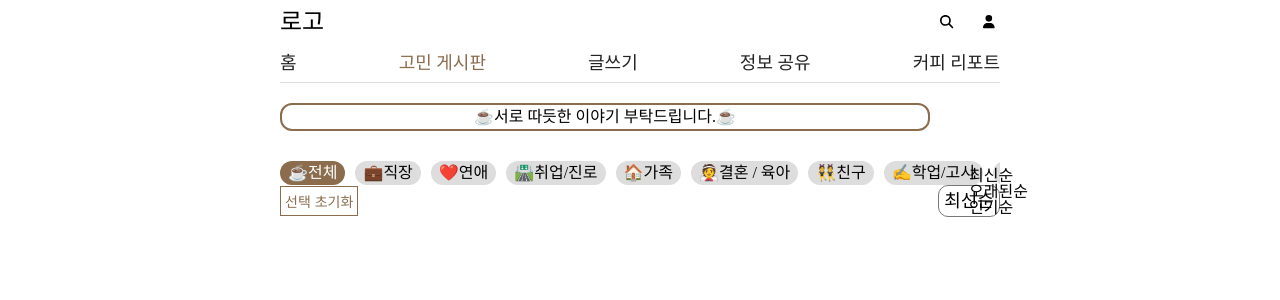
Repository: zlazlazla35/coffee
Page: /list
An editor plug-in stored every save of this project. The page is shown before and after the next save, followed by the edit.
The browser window is 1280 px wide. The pictures show the whole page.
Some web fonts or font styles are not loaded; a fallback is used. The project was rebuilt for these pictures with package versions that can differ from the ones it lists, and the page was loaded fresh each time. The framework's server and built-in components were replaced by stand-ins that run in the browser. Also part of the build but not shown: next.config.mjs.

Above is the page before, as saved 2024-12-26 18:26:29.

After the next save:
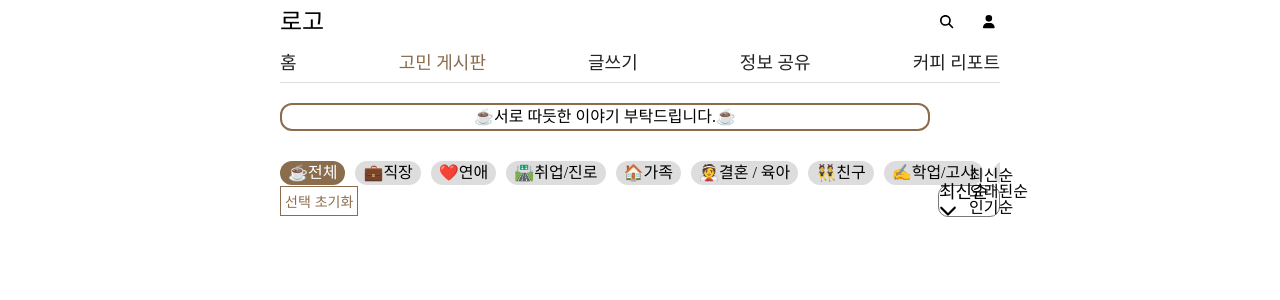
Saved 70 s later.
--- a/src/app/list/page.js
+++ b/src/app/list/page.js
@@ -1,5 +1,7 @@
 'use client'
 import { useState } from "react"
+import { FontAwesomeIcon } from '@fortawesome/react-fontawesome'
+import { faChevronDown } from '@fortawesome/free-solid-svg-icons'
 
 export default function List() {
     let [tagList, setTagList] = useState(['☕전체', '💼직장', '❤️연애', '🛣️취업/진로', '🏠가족', '👰결혼 / 육아', '👯친구', '✍️학업/고시', '🚫중독', '💰사업 / 금전', '💉질병 / 질환']);
@@ -49,7 +51,7 @@ export default function List() {
             <div className="filterBox">
                 <button className="tag_reset">선택 초기화</button>
                 <div className="filterSelectBox">
-                    <h2 className="title">최신순</h2>
+                    <h2 className="title">최신순<FontAwesomeIcon icon={faChevronDown} /></h2>
                     <ul className="filterSelect">
                         <li>최신순</li>
                         <li>오래된순</li>
